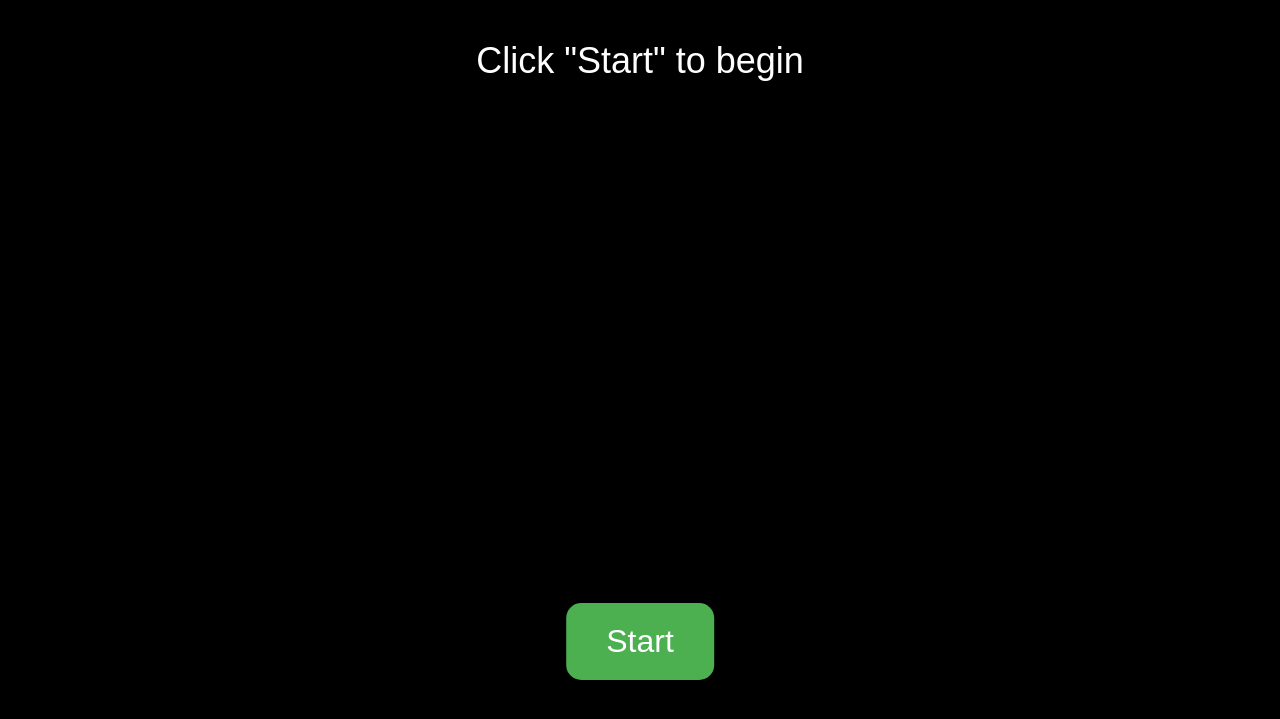
Repository: Jayhawk2000/AR_Game_DCD_Children
Page: challenge/throwing/index.html
An editor plug-in stored every save of this project. The page is shown before and after the next save, followed by the edit.
The browser window is 1280 px wide. The pictures show the whole page.

Above is the page before, as saved 2024-08-29 15:54:39.

### challenge/throwing/index.html
<!DOCTYPE html>
<html lang="en">
  <head>
    <meta charset="UTF-8" />
    <meta name="viewport" content="width=device-width, initial-scale=1.0" />
    <title>Balance Pose Detector</title>
    <link rel="stylesheet" href="styles.css" />
  </head>
  <body>
    <div id="info">Click "Start" to begin</div>
    <button id="startButton">Start</button>
    <video id="video" style="display: none"></video>
    <canvas id="output"></canvas>

    <script
      src="https://cdn.jsdelivr.net/npm/@mediapipe/camera_utils/camera_utils.js"
      crossorigin="anonymous"
    ></script>
    <script
      src="https://cdn.jsdelivr.net/npm/@mediapipe/control_utils/control_utils.js"
      crossorigin="anonymous"
    ></script>
    <script
      src="https://cdn.jsdelivr.net/npm/@mediapipe/drawing_utils/drawing_utils.js"
      crossorigin="anonymous"
    ></script>
    <script
      src="https://cdn.jsdelivr.net/npm/@mediapipe/pose/pose.js"
      crossorigin="anonymous"
    ></script>
    <script src="app.js"></script>
  </body>
</html>

### challenge/throwing/styles.css
body {
  margin: 0;
  padding: 0;
  overflow: hidden;
  font-family: Arial, sans-serif;
  background-color: #000;
}

#info {
  position: absolute;
  top: 20px;
  left: 50%;
  transform: translateX(-50%);
  background-color: rgba(0, 0, 0, 0.7);
  color: white;
  padding: 20px 30px;
  border-radius: 15px;
  font-size: 36px;
  text-align: center;
  z-index: 30;
  max-width: 80%;
}

#startButton {
  position: absolute;
  bottom: 40px;
  left: 50%;
  transform: translateX(-50%);
  padding: 20px 40px;
  font-size: 32px;
  cursor: pointer;
  background-color: #4caf50;
  color: white;
  border: none;
  border-radius: 15px;
  z-index: 30;
}

#video {
  position: absolute;
  top: 0;
  left: 0;
  width: 100%;
  height: 100%;
  object-fit: cover;
  z-index: 10;
}

#output {
  position: absolute;
  top: 0;
  left: 0;
  width: 100%;
  height: 100%;
  z-index: 20;
}

### challenge/throwing/app.js
const startButton = document.getElementById("startButton");
const info = document.getElementById("info");
const video = document.getElementById("video");
const canvasElement = document.getElementById("output");
const canvasCtx = canvasElement.getContext("2d");

let pose, camera;
let balancePoseDetected = false;
let balancePoseStartTime = 0;
const BALANCE_POSE_DURATION = 3000; // 3 seconds
let countdownTimer = 5;

startButton.addEventListener("click", startProcess);

function startProcess() {
  startButton.style.display = "none";
  info.textContent = "Initializing camera...";

  initCamera().then(() => {
    startCountdown();
  });
}

function initCamera() {
  return new Promise((resolve, reject) => {
    camera = new Camera(video, {
      onFrame: async () => {
        await pose.send({ image: video });
      },
      width: 1280,
      height: 720,
    });

    camera
      .start()
      .then(() => {
        canvasElement.style.display = "block";
        resolve();
      })
      .catch((error) => {
        console.error("Error starting camera:", error);
        info.textContent = "Error starting camera: " + error.message;
        reject(error);
      });
  });
}

function startCountdown() {
  if (countdownTimer > 0) {
    info.textContent = `Get ready! ${countdownTimer}`;
    countdownTimer--;
    setTimeout(startCountdown, 1000);
  } else {
    startDetection();
  }
}

function startDetection() {
  info.textContent = "Strike a balance pose";

  pose = new Pose({
    locateFile: (file) => {
      return `https://cdn.jsdelivr.net/npm/@mediapipe/pose/${file}`;
    },
  });

  pose.setOptions({
    modelComplexity: 1,
    smoothLandmarks: true,
    minDetectionConfidence: 0.5,
    minTrackingConfidence: 0.5,
  });

  pose.onResults(onResults);
}

function onResults(results) {
  canvasCtx.save();
  canvasCtx.clearRect(0, 0, canvasElement.width, canvasElement.height);
  canvasCtx.drawImage(
    results.image,
    0,
    0,
    canvasElement.width,
    canvasElement.height
  );

  if (results.poseLandmarks) {
    drawConnectors(canvasCtx, results.poseLandmarks, POSE_CONNECTIONS, {
      color: "rgba(0, 255, 255, 0.5)",
      lineWidth: 4,
    });
    drawLandmarks(canvasCtx, results.poseLandmarks, {
      color: "rgba(255, 0, 255, 0.8)",
      lineWidth: 2,
      radius: 6,
    });

    checkBalancePose(results.poseLandmarks);
  }

  canvasCtx.restore();
}

function checkBalancePose(landmarks) {
  const leftAnkle = landmarks[27];
  const rightAnkle = landmarks[28];
  const leftWrist = landmarks[15];
  const rightWrist = landmarks[16];
  const leftShoulder = landmarks[11];
  const rightShoulder = landmarks[12];

  const oneFootRaised = Math.abs(leftAnkle.y - rightAnkle.y) > 0.1;
  const armsRaised =
    leftWrist.y < leftShoulder.y - 0.1 && rightWrist.y < rightShoulder.y - 0.1;

  const currentTime = Date.now();

  if (oneFootRaised && armsRaised) {
    if (!balancePoseDetected) {
      balancePoseDetected = true;
      balancePoseStartTime = currentTime;
      info.textContent = "Hold the pose";
    } else if (currentTime - balancePoseStartTime >= BALANCE_POSE_DURATION) {
      info.textContent = "Great balance!";
      setTimeout(() => {
        info.textContent = "Try again";
        balancePoseDetected = false;
      }, 2000);
    } else {
      const remainingTime = Math.ceil(
        (BALANCE_POSE_DURATION - (currentTime - balancePoseStartTime)) / 1000
      );
      info.textContent = `${remainingTime}`;
    }
  } else {
    if (balancePoseDetected) {
      info.textContent = "Balance lost. Try again";
      balancePoseDetected = false;
    } else {
      if (!oneFootRaised) {
        info.textContent = "Raise one foot off the ground";
      } else if (!armsRaised) {
        info.textContent = "Raise your arms";
      } else {
        info.textContent = "Adjust your pose";
      }
    }
  }
}

window.addEventListener("load", () => {
  canvasElement.width = window.innerWidth;
  canvasElement.height = window.innerHeight;
});

window.addEventListener("resize", () => {
  canvasElement.width = window.innerWidth;
  canvasElement.height = window.innerHeight;
});

After the next save:
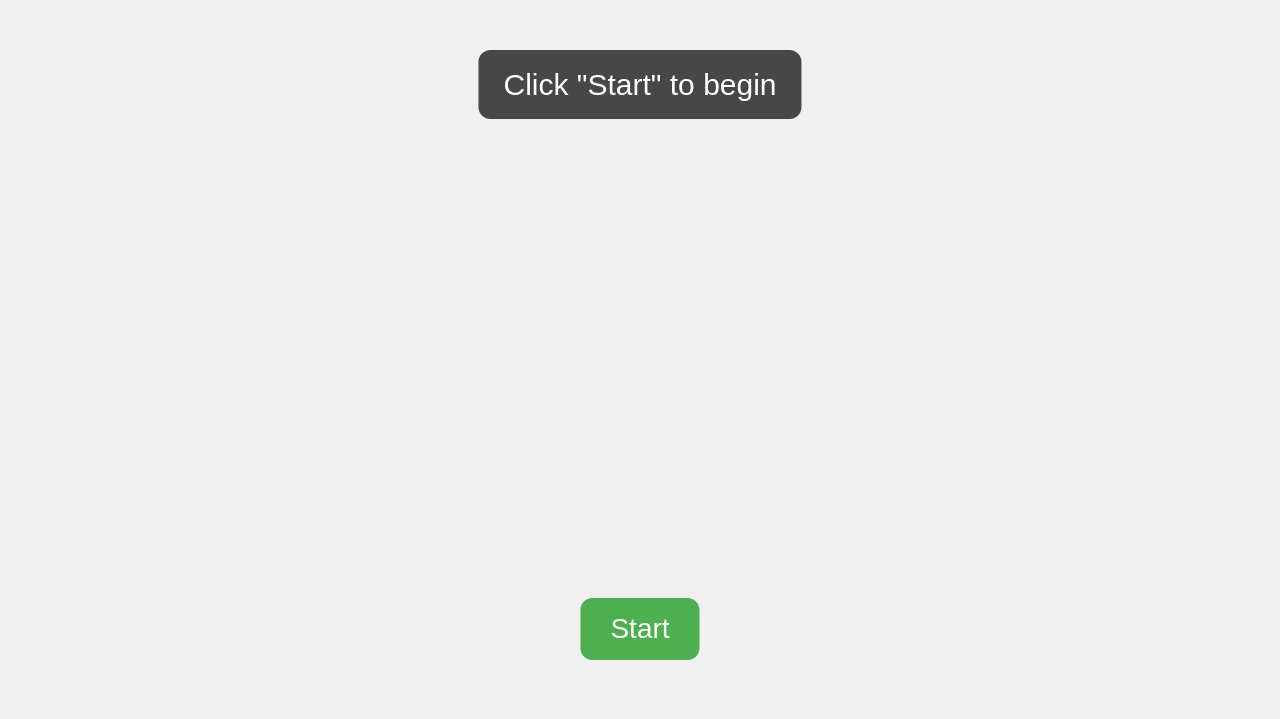
Saved 15 s later.
--- a/challenge/throwing/styles.css
+++ b/challenge/throwing/styles.css
@@ -3,47 +3,38 @@
   padding: 0;
   overflow: hidden;
   font-family: Arial, sans-serif;
-  background-color: #000;
+  background-color: #f0f0f0;
 }
 
 #info {
   position: absolute;
-  top: 20px;
+  top: 50px;
   left: 50%;
   transform: translateX(-50%);
   background-color: rgba(0, 0, 0, 0.7);
   color: white;
-  padding: 20px 30px;
-  border-radius: 15px;
-  font-size: 36px;
+  padding: 15px 25px;
+  border-radius: 12px;
+  font-size: 30px;
   text-align: center;
   z-index: 30;
   max-width: 80%;
+  line-height: 1.3;
 }
 
 #startButton {
   position: absolute;
-  bottom: 40px;
+  bottom: 60px;
   left: 50%;
   transform: translateX(-50%);
-  padding: 20px 40px;
-  font-size: 32px;
+  padding: 15px 30px;
+  font-size: 28px;
   cursor: pointer;
   background-color: #4caf50;
   color: white;
   border: none;
-  border-radius: 15px;
+  border-radius: 12px;
   z-index: 30;
-}
-
-#video {
-  position: absolute;
-  top: 0;
-  left: 0;
-  width: 100%;
-  height: 100%;
-  object-fit: cover;
-  z-index: 10;
 }
 
 #output {
@@ -52,5 +43,5 @@
   left: 0;
   width: 100%;
   height: 100%;
-  z-index: 20;
+  z-index: 10;
 }

After the save that followed:
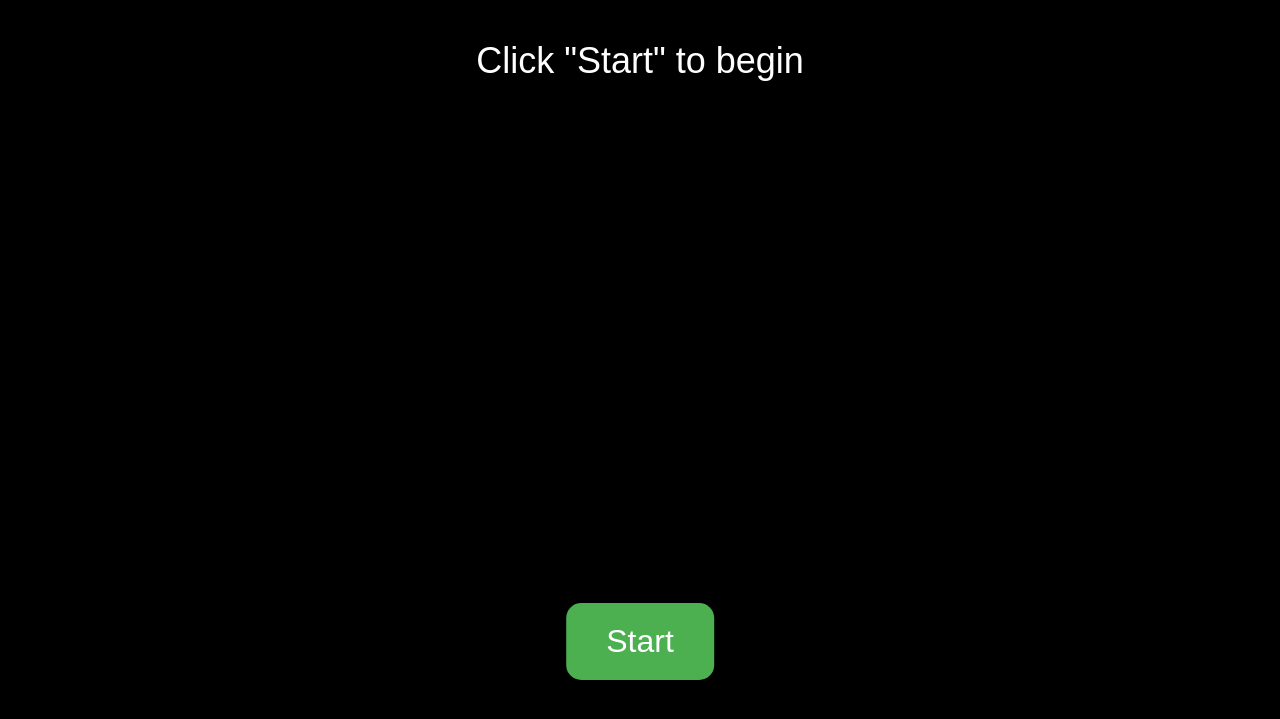
Saved 39 s later.
--- a/challenge/throwing/styles.css
+++ b/challenge/throwing/styles.css
@@ -3,38 +3,47 @@
   padding: 0;
   overflow: hidden;
   font-family: Arial, sans-serif;
-  background-color: #f0f0f0;
+  background-color: #000;
 }
 
 #info {
   position: absolute;
-  top: 50px;
+  top: 20px;
   left: 50%;
   transform: translateX(-50%);
   background-color: rgba(0, 0, 0, 0.7);
   color: white;
-  padding: 15px 25px;
-  border-radius: 12px;
-  font-size: 30px;
+  padding: 20px 30px;
+  border-radius: 15px;
+  font-size: 36px;
   text-align: center;
   z-index: 30;
   max-width: 80%;
-  line-height: 1.3;
 }
 
 #startButton {
   position: absolute;
-  bottom: 60px;
+  bottom: 40px;
   left: 50%;
   transform: translateX(-50%);
-  padding: 15px 30px;
-  font-size: 28px;
+  padding: 20px 40px;
+  font-size: 32px;
   cursor: pointer;
   background-color: #4caf50;
   color: white;
   border: none;
-  border-radius: 12px;
+  border-radius: 15px;
   z-index: 30;
+}
+
+#video {
+  position: absolute;
+  top: 0;
+  left: 0;
+  width: 100%;
+  height: 100%;
+  object-fit: cover;
+  z-index: 10;
 }
 
 #output {
@@ -43,5 +52,5 @@
   left: 0;
   width: 100%;
   height: 100%;
-  z-index: 10;
+  z-index: 20;
 }
